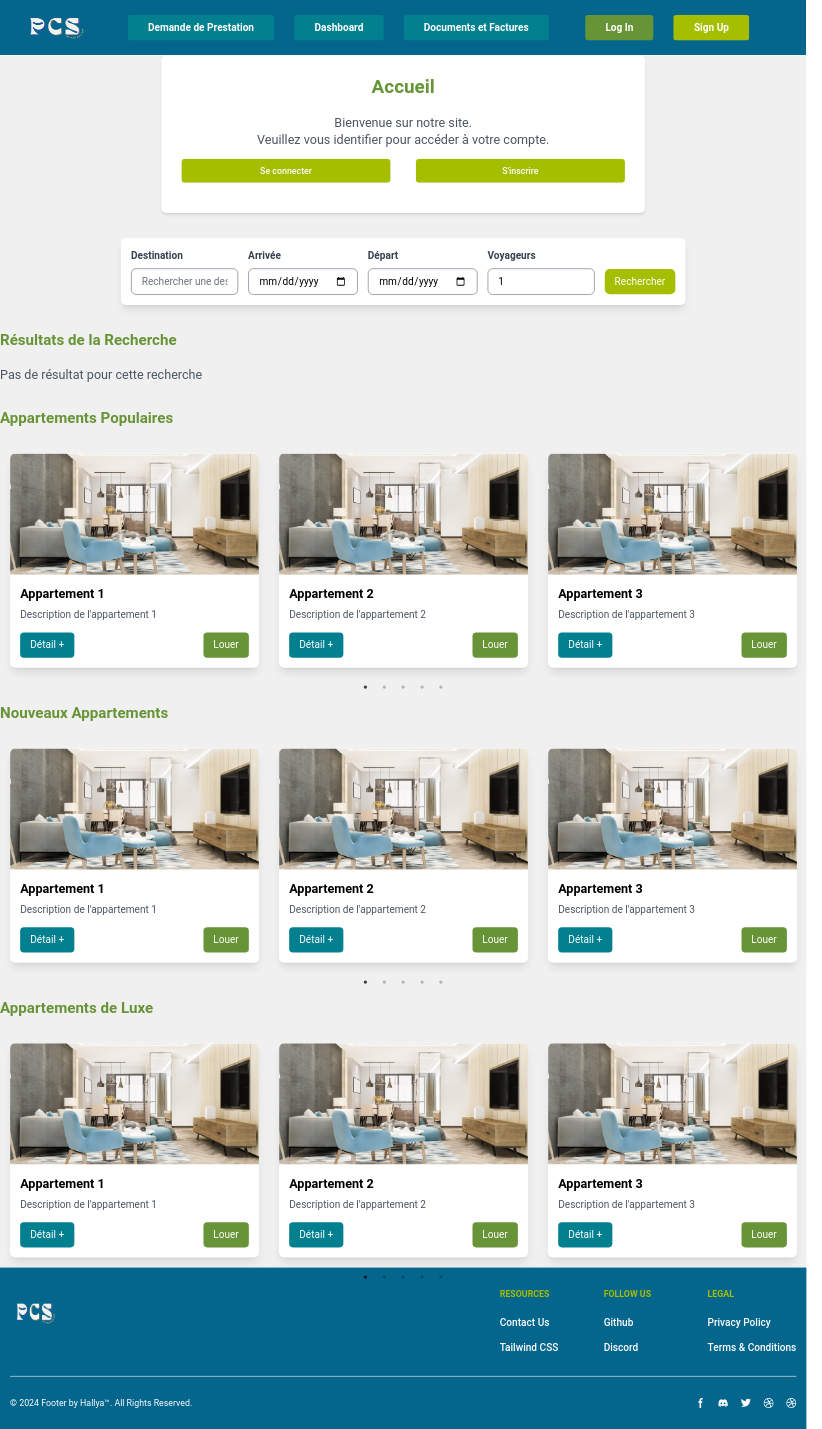
Repository: HATTOUNGBRE/ProjetAnnuel2
Page: /logout (app in FRONT/)
These files come from the project's save history. The page is drawn as it stood at one moment and after the next save; the edit follows.
The browser window is 1280 px wide. The page is 1305 px wide, so the pictures cover 1305 px, including what lies to the right of the window. The pictures show the whole page, at 63% of full size.
The page's requests for data from a server got no answer. The project was rebuilt for these pictures with package versions that can differ from the ones it lists, and the page was loaded fresh each time. No one was signed in, and anything a server would have sent is missing. Also part of the build but not shown: FRONT/vite.config.js, FRONT/src/components/Contact.jsx, FRONT/src/components/CatUser.jsx, FRONT/src/components/Login.jsx, FRONT/src/components/prestataire/PrestataireType.jsx, FRONT/src/components/prestataire/PrestataireDetails.jsx, FRONT/src/components/Account.jsx, FRONT/src/components/Inscription.jsx and 13 more.

Above is the page before, as saved 2024-06-29 14:01:48.

### FRONT/src/main.jsx
import React from 'react'
import ReactDOM from 'react-dom/client'
import App from './App.jsx'
import './App.css'
import { AuthProvider } from './components/AuthContext';
import {
  BrowserRouter,
  Route,
  Link
} from "react-router-dom";

ReactDOM.createRoot(document.getElementById('root')).render(
  <React.StrictMode>
    <AuthProvider>
    <App />
    </AuthProvider>
  </React.StrictMode>,
)

### FRONT/src/App.css
@tailwind base;
@tailwind components;
@tailwind utilities;

html, body {
  height: 100%;
  width: 100%;
  margin: 0;
  padding: 0;
  font-family: 'Roboto', sans-serif;
}


.logo {
  height: 5em;
  width: 7em;
  /* will-change: filter; */
  transition: filter 300ms;
}
.logo:hover {
}
.logo.react:hover {
  filter: drop-shadow(0 0 2em #61dafbaa);
}

@keyframes logo-spin {
  from {
    transform: rotate(0deg);
  }
  to {
    transform: rotate(360deg);
  }
}


.card {
  padding: 2em;
}

.read-the-docs {
  color: #888;
}
footer {
  position: absolute;
  left: 0;
  bottom: 0;
  width: 100%;
}
html, body {
  height: 100%;
  margin: 0;
  padding: 0;

}



footer {
  flex-shrink: 0; /* Empêche le pied de page de rétrécir si le contenu est trop grand */
}

.main-content {
  flex: 1;
  padding: 24px;
  overflow-y: auto;
  display: flex;
  flex-direction: column;
}

### FRONT/src/components/AuthContext.jsx
import React, { createContext, useState, useEffect } from 'react';
import Cookies from 'js-cookie';

const AuthContext = createContext();

export const AuthProvider = ({ children }) => {
  const [isLoggedIn, setIsLoggedIn] = useState(false);
  const [userRole, setUserRole] = useState('');
  const [userId, setUserId] = useState(null);
  const [userName, setUserName] = useState('');
  const [userSurname, setUserSurname] = useState('');
  const [category, setCategoryUserId] = useState(null);

  const fetchUserDetails = async (userId) => {
    try {
      const response = await fetch(`http://localhost:8000/api/user/${userId}`);
      const data = await response.json();

      if (response.ok) {
        setIsLoggedIn(true);
        setUserId(data.id);
        setUserName(data.name);
        setUserSurname(data.surname);
        setCategoryUserId(data.category_user);
        setUserRole(Cookies.get('role')); // Ensure the role is set from the cookie
      } else {
        setIsLoggedIn(false);
        setUserId(null);
        setUserName('');
        setUserSurname('');
        setCategoryUserId(null);
        setUserRole('');
      }
    } catch (error) {
      console.error('Error fetching user details:', error);
    }
  };

  useEffect(() => {
    const token = Cookies.get('authToken');
    const storedUserRole = Cookies.get('role');
    const storedUserId = Cookies.get('userId');

    if (token && storedUserId) {
      setIsLoggedIn(true);
      setUserRole(storedUserRole || '');
      fetchUserDetails(storedUserId); // Fetch user details
    }
  }, []);

  const login = (token, role, userId, userName, userSurname, category) => {
    Cookies.set('authToken', token, { expires: 1 });
    Cookies.set('role', role, { expires: 1 });
    Cookies.set('userId', userId, { expires: 1 });
    Cookies.set('userName', userName, { expires: 1 });
    Cookies.set('userSurname', userSurname, { expires: 1 });
    Cookies.set('category', category, { expires: 1 });

    setIsLoggedIn(true);
    setUserRole(role);
    setUserId(userId);
    setUserName(userName);
    setUserSurname(userSurname);
    setCategoryUserId(category);
  };

  const logout = () => {
    Cookies.remove('authToken');
    Cookies.remove('role');
    Cookies.remove('userId');
    Cookies.remove('userName');
    Cookies.remove('userSurname');
    Cookies.remove('category');

    setIsLoggedIn(false);
    setUserRole('');
    setUserId(null);
    setUserName('');
    setUserSurname('');
    setCategoryUserId(null);
  };

  return (
    <AuthContext.Provider value={{ isLoggedIn, userRole, userId, userName, userSurname, category, login, logout, fetchUserDetails }}>
      {children}
    </AuthContext.Provider>
  );
};

export default AuthContext;

### FRONT/src/components/Header.jsx
import { useState, useEffect } from 'react';
import Nav from './Nav';
import { Link } from "react-router-dom";

function Header(props) {
  const { isLoggedIn, userRole } = props;

  return (
    <div>
      <header className="bg-pcs-200 sticky top-0 z-[20]">
        <nav className="bg-pcs-200 border-gray-200 dark:bg-gray-900 w-full">
          <div className="w-full flex flex-wrap items-center justify-around p-1">
            <Link to="/" className="flex items-center space-x-3 rtl:space-x-reverse">
              <img src="/public/images/fullDay.png" className="h-8 logo" alt="PCSLogo" />
            </Link>
            <Nav isLoggedIn={isLoggedIn} userRole={userRole} />
            <button
              data-collapse-toggle="navbar-default"
              type="button"
              className="inline-flex items-center p-2 w-10 h-10 justify-center text-sm text-gray-500 rounded-lg md:hidden focus:outline-none focus:ring-2 focus:ring-gray-200 dark:text-gray-400 dark:focus:ring-gray-600"
              aria-controls="navbar-default"
              aria-expanded="false"
            >
              <span className="sr-only">Open main menu</span>
              <svg
                className="w-5 h-5"
                aria-hidden="true"
                xmlns="http://www.w3.org/2000/svg"
                fill="none"
                viewBox="0 0 17 14"
              >
                <path
                  stroke="currentColor"
                  strokeLinecap="round"
                  strokeLinejoin="round"
                  strokeWidth="2"
                  d="M1 1h15M1 7h15M1 13h15"
                />
              </svg>
            </button>
            <div className="hidden w-full md:block md:w-auto" id="navbar-default"></div>
          </div>
        </nav>
      </header>
    </div>
  );
}

export default Header;

### FRONT/src/components/Main.jsx
import React, { useState, useContext, useEffect } from 'react';
import AuthContext from './AuthContext';
import { Link } from 'react-router-dom';
import PropertySliderSection from './PropertySliderSection';
import SearchResults from './SearchResults';
import 'slick-carousel/slick/slick.css';
import 'slick-carousel/slick/slick-theme.css';

function Main() {
  const { isLoggedIn, userRole } = useContext(AuthContext);

  const [searchTerm, setSearchTerm] = useState('');
  const [cities, setCities] = useState([]);
  const [arrivalDate, setArrivalDate] = useState('');
  const [departureDate, setDepartureDate] = useState('');
  const [guests, setGuests] = useState(1);
  const [properties, setProperties] = useState([]);

  useEffect(() => {
    if (searchTerm.length >= 2) {
      searchCities(searchTerm);
    } else {
      setCities([]);
    }
  }, [searchTerm]);

  const searchCities = async (term) => {
    try {
      const response = await fetch(`https://geo.api.gouv.fr/communes?nom=${term}&fields=departement&boost=population&limit=5`);
      const data = await response.json();
      setCities(data);
    } catch (error) {
      console.error('Error fetching cities:', error);
    }
  };

  const handleSearch = async (e) => {
    e.preventDefault();
    try {
      const response = await fetch(
        `http://localhost:8000/api/search-properties?commune=${searchTerm}&maxPersons=${guests}`
      );
      const data = await response.json();
      setProperties(data);
      setCities([]);  // Effacer les suggestions après la sélection
    } catch (error) {
      console.error('Error fetching properties:', error);
    }
  };

  const sliderSettings = {
    dots: true,
    infinite: true,
    speed: 500,
    slidesToShow: 3,
    slidesToScroll: 1,
    responsive: [
      {
        breakpoint: 1024,
        settings: {
          slidesToShow: 2,
          slidesToScroll: 1,
          infinite: true,
          dots: true
        }
      },
      {
        breakpoint: 600,
        settings: {
          slidesToShow: 1,
          slidesToScroll: 1
        }
      }
    ]
  };

  return (
    <div className="min-h-screen bg-pcs-100 flex flex-col items-center justify-center">
      <div className="max-w-3xl w-full p-8 bg-white shadow-md rounded-lg text-center">
        <h1 className="text-3xl font-semibold text-pcs-400 mb-6">Accueil</h1>
        {isLoggedIn ? (
          <p className="text-xl text-pcs-300">
            Vous êtes connecté.e en tant que <span className="font-bold">{userRole}</span>
          </p>
        ) : (
          <div>
            <p className="text-xl text-gray-600">Bienvenue sur notre site.</p>
            <p className="text-xl text-gray-600">Veuillez vous identifier pour accéder à votre compte.</p>
            <div className='flex justify-center mt-4 space-x-10'>
              <button className='w-full px-4 mb-4 py-2 text-sm font-medium text-white bg-pcs-300 border border-transparent rounded-md shadow-sm hover:bg-pcs-400'>
                <Link to="/components/catUser">Se connecter</Link>
              </button>
              <button className='w-full px-4 mb-4 py-2 text-sm font-medium text-white bg-pcs-300 border border-transparent rounded-md shadow-sm hover:bg-pcs-400'>
                <Link to="/components/inscription">S'inscrire</Link>
              </button>
            </div>
          </div>
        )}
      </div>

      {/* Barre de recherche */}
      {!isLoggedIn || userRole === 'voyageur' ? (
        <div className="mt-10 w-full max-w-4xl bg-white shadow-lg rounded-lg p-4">
          <form onSubmit={handleSearch} className="flex items-center space-x-4">
            <div className="relative w-1/4">
              <label className="block text-gray-700 font-bold mb-2">Destination</label>
              <input
                type="text"
                className="w-full px-4 py-2 border rounded-lg focus:outline-none focus:ring-2 focus:ring-blue-500"
                placeholder="Rechercher une destination"
                value={searchTerm}
                onChange={(e) => setSearchTerm(e.target.value)}
              />
              {cities.length > 0 && (
                <ul className="absolute left-0 mt-2 w-full bg-white border rounded-lg z-10 max-h-48 overflow-y-auto">
                  {cities.map((city) => (
                    <li key={city.code} className="px-4 py-2 border-b last:border-b-0 cursor-pointer hover:bg-gray-200" onClick={() => { setSearchTerm(city.nom); setCities([]); }}>
                      {city.nom} ({city.departement.nom})
                    </li>
                  ))}
                </ul>
              )}
            </div>
            <div className="w-1/4">
              <label className="block text-gray-700 font-bold mb-2">Arrivée</label>
              <input
                type="date"
                className="w-full px-4 py-2 border rounded-lg focus:outline-none focus:ring-2 focus:ring-blue-500"
                value={arrivalDate}
                onChange={(e) => setArrivalDate(e.target.value)}
              />
            </div>
            <div className="w-1/4">
              <label className="block text-gray-700 font-bold mb-2">Départ</label>
              <input
                type="date"
                className="w-full px-4 py-2 border rounded-lg focus:outline-none focus:ring-2 focus:ring-blue-500"
                value={departureDate}
                onChange={(e) => setDepartureDate(e.target.value)}
              />
            </div>
            <div className="w-1/4">
              <label className="block text-gray-700 font-bold mb-2">Voyageurs</label>
              <input
                type="number"
                min="1"
                className="w-full px-4 py-2 border rounded-lg focus:outline-none focus:ring-2 focus:ring-blue-500"
                value={guests}
                onChange={(e) => setGuests(e.target.value)}
              />
            </div>
            <button
              type="submit"
              className="bg-pcs-300 mt-8 text-white py-2 px-4 rounded-lg hover:bg-pcs-400 focus:outline-none focus:ring-2 focus:ring-blue-500"
            >
              Rechercher
            </button>
          </form>
        </div>
      ) : null}

      {/* Résultats de la recherche */}
      <SearchResults properties={properties} />

      {/* Sections de propriétés fictives */}
      <PropertySliderSection title="Appartements Populaires" sliderSettings={sliderSettings} />
      <PropertySliderSection title="Nouveaux Appartements" sliderSettings={sliderSettings} />
      <PropertySliderSection title="Appartements de Luxe" sliderSettings={sliderSettings} />
    </div>
  );
}

export default Main;

### FRONT/src/components/Nav.jsx
import { Link } from "react-router-dom";

function Nav(props) {
    const { isLoggedIn, userRole } = props;

    console.log('isLoggedIn page NAV:', isLoggedIn);
    return (
        <>
            <div className='flex space-x-8'>
                <Link to={`/${userRole}/Reservation`}>
                    <button className="bg-pcs-250 hover:bg-pcs-300 text-white font-bold py-2 px-8 rounded">
                        Demande de Prestation
                    </button>
                </Link>

                <Link to={`/components/dashboard/${userRole}`}>
                    <button className="bg-pcs-250 hover:bg-pcs-300 text-white font-bold py-2 px-8 rounded">
                        Dashboard
                    </button>
                </Link>

                <Link to={`/${userRole}/Prestation`}>
                    <button className="bg-pcs-250 hover:bg-pcs-300 text-white font-bold py-2 px-8 rounded">
                        Documents et Factures
                    </button>
                </Link>
            </div>
            {isLoggedIn ? (
                <div className='flex space-x-8'>
                    <Link to='/account'>
                        <button className="bg-pcs-400 hover:bg-pcs-700 text-white font-bold py-2 px-8 rounded">
                            Account
                        </button>
                    </Link>
                    <Link to='/logout'>
                        <button className="bg-pcs-300 hover:bg-pcs-600 text-white font-bold py-2 px-8 rounded">
                            Log out
                        </button>
                    </Link>

                </div>
            ) : (
                <div className='flex space-x-8'>
                    <Link to='/components/catuser'>
                        <button className="bg-pcs-400 hover:bg-pcs-700 text-white font-bold py-2 px-8 rounded">
                            Log In
                        </button>
                    </Link>

                    <Link to='/components/Inscription'>
                        <button className="bg-pcs-300 hover:bg-pcs-600 text-white font-bold py-2 px-8 rounded">
                            Sign Up
                        </button>
                    </Link>
                </div>
            )}
        </>
    );
};

export default Nav;

### FRONT/src/components/LogOut.jsx
import React, { useContext, useEffect } from 'react';
import { useNavigate } from 'react-router-dom';
import AuthContext from './AuthContext';

const LogOut = () => {
  const { logout } = useContext(AuthContext);
  const navigate = useNavigate();

  useEffect(() => {
    logout();
    navigate('/');
  }, [logout, navigate]);

  return null;
};

export default LogOut;

### FRONT/src/components/PropertySliderSection.jsx
import React from 'react';
import Slider from 'react-slick';

const PropertySliderSection = ({ title, sliderSettings }) => {
  return (
    <div className="mt-10 w-full">
      <h2 className="text-2xl font-semibold text-pcs-400 mb-6">{title}</h2>
      <Slider {...sliderSettings}>
        {[1, 2, 3, 4, 5].map(item => (
          <div key={item} className="p-4">
            <div className="bg-white shadow-lg rounded-lg overflow-hidden">
              <img src="http://localhost:8000/uploads/property_photos/default_appart.jpg" alt={`Appartement ${item}`} className="h-48 w-full object-cover" />
              <div className="p-4">
                <h3 className="text-xl font-semibold mb-2">Appartement {item}</h3>
                <p className="text-gray-600 mb-4">Description de l'appartement {item}</p>
                <div className="flex justify-between">
                  <button className="bg-pcs-250 hover:bg-pcs-200 text-white py-2 px-4 rounded-md">Détail +</button>
                  <button className="bg-pcs-400 text-white py-2 px-4 rounded-md">Louer</button>
                </div>
              </div>
            </div>
          </div>
        ))}
      </Slider>
    </div>
  );
};

export default PropertySliderSection;

### FRONT/src/components/SearchResults.jsx
import React from 'react';

const SearchResults = ({ properties }) => {
  return (
    <div className="mt-10 w-full">
      <h2 className="text-2xl font-semibold text-pcs-400 mb-6">Résultats de la Recherche</h2>
      {properties.length > 0 ? (
        <div className="grid grid-cols-1 md:grid-cols-2 lg:grid-cols-3 gap-4">
          {properties.map(property => (
            <div key={property.id} className="p-4">
              <div className="bg-white shadow-lg rounded-lg overflow-hidden">
                <img src={`http://localhost:8000/uploads/property_photos/${property.image}`} alt={property.name} className="h-48 w-full object-cover" />
                <div className="p-4">
                  <h3 className="text-xl font-semibold mb-2">{property.name}</h3>
                  <p className="text-gray-600 mb-4">{property.description}</p>
                  <div className="flex justify-between">
                    <button className="bg-pcs-250 hover:bg-pcs-200 text-white py-2 px-4 rounded-md">Détail +</button>
                    <button className="bg-pcs-400 text-white py-2 px-4 rounded-md">Louer</button>
                  </div>
                </div>
              </div>
            </div>
          ))}
        </div>
      ) : (
        <div className="text-xl text-gray-600">Pas de résultat pour cette recherche</div>
      )}
    </div>
  );
};

export default SearchResults;

### FRONT/src/components/PropertyRow.jsx
import React from 'react';
import Slider from 'react-slick';

const PropertyRow = ({ properties = [], sliderSettings }) => {
  return (
    <div className="mt-10 w-full">
      <Slider {...sliderSettings}>
        {properties.map(property => (
          <div key={property.id} className="p-4">
            <div className="bg-white shadow-lg rounded-lg overflow-hidden">
              <img src={`http://localhost:8000/uploads/property_photos/${property.image}`} alt={property.name} className="h-48 w-full object-cover" />
              <div className="p-4">
                <h3 className="text-xl font-semibold mb-2">{property.name}</h3>
                <p className="text-gray-600 mb-4">{property.description}</p>
                <p className="text-gray-600 mb-4">{property.commune}</p>
                <div className="flex justify-between">
                  <button className="bg-pcs-250 hover:bg-pcs-200 text-white py-2 px-4 rounded-md">Détail +</button>
                  <button className="bg-pcs-400 text-white py-2 px-4 rounded-md">Louer</button>
                </div>
              </div>
            </div>
          </div>
        ))}
      </Slider>
    </div>
  );
};

export default PropertyRow;

Loaded but not shown: FRONT/index.html (common file); FRONT/tailwind.config.js (26 lines, source omitted); FRONT/src/components/Footer.jsx (91 lines, source omitted); FRONT/src/App.jsx (95 lines, source omitted)

After the next save:
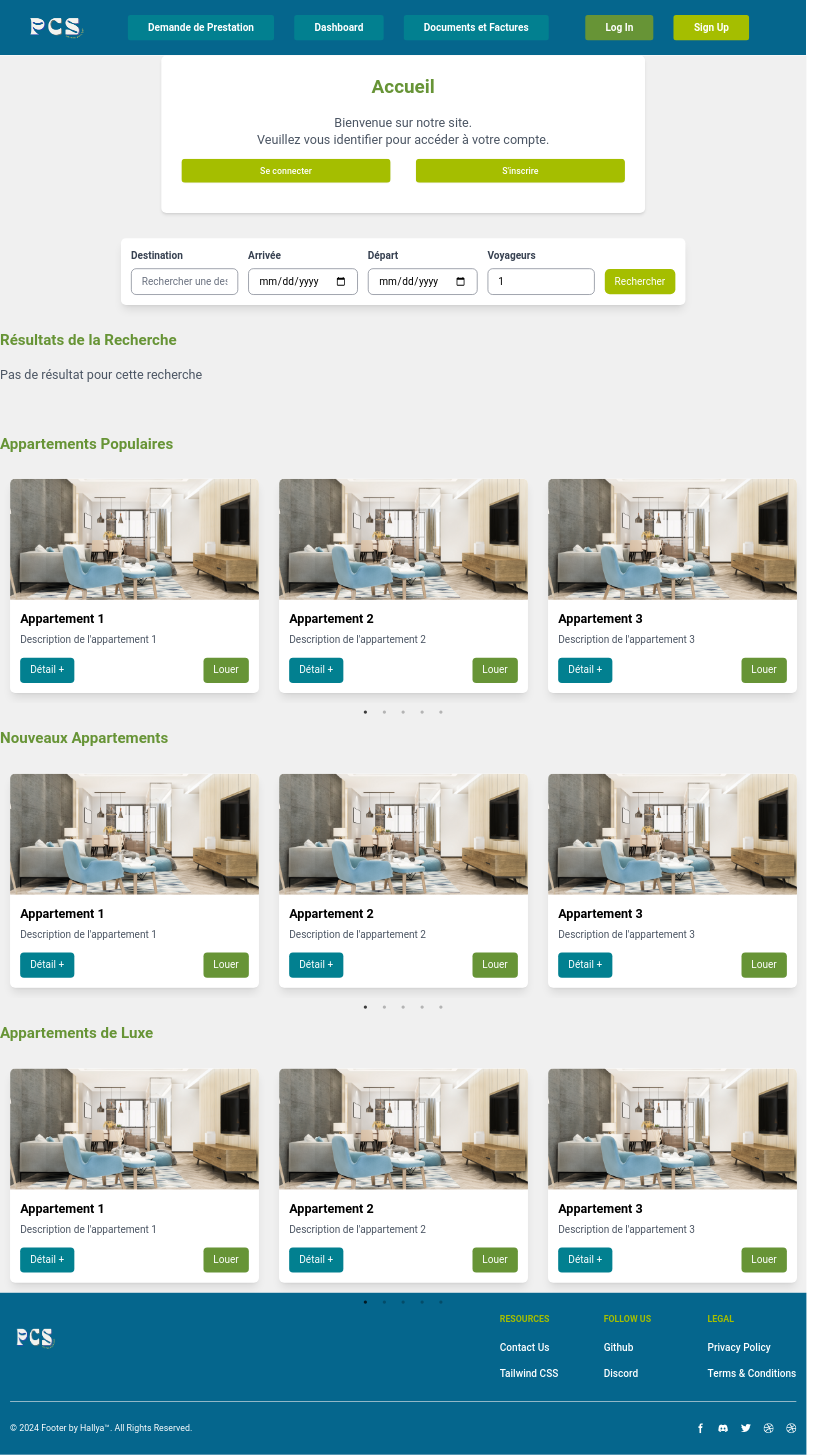
Saved 90 s later.
--- a/FRONT/src/components/Main.jsx
+++ b/FRONT/src/components/Main.jsx
@@ -3,6 +3,7 @@ import AuthContext from './AuthContext';
 import { Link } from 'react-router-dom';
 import PropertySliderSection from './PropertySliderSection';
 import SearchResults from './SearchResults';
+import PropertyRow from './PropertyRow';
 import 'slick-carousel/slick/slick.css';
 import 'slick-carousel/slick/slick-theme.css';
 
@@ -15,6 +16,7 @@ function Main() {
   const [departureDate, setDepartureDate] = useState('');
   const [guests, setGuests] = useState(1);
   const [properties, setProperties] = useState([]);
+  const [allProperties, setAllProperties] = useState([]);
 
   useEffect(() => {
     if (searchTerm.length >= 2) {
@@ -23,6 +25,10 @@ function Main() {
       setCities([]);
     }
   }, [searchTerm]);
+
+  useEffect(() => {
+    fetchAllProperties();
+  }, []);
 
   const searchCities = async (term) => {
     try {
@@ -45,6 +51,16 @@ function Main() {
       setCities([]);  // Effacer les suggestions après la sélection
     } catch (error) {
       console.error('Error fetching properties:', error);
+    }
+  };
+
+  const fetchAllProperties = async () => {
+    try {
+      const response = await fetch(`http://localhost:8000/api/properties`);
+      const data = await response.json();
+      setAllProperties(data);
+    } catch (error) {
+      console.error('Error fetching all properties:', error);
     }
   };
 
@@ -162,6 +178,9 @@ function Main() {
       {/* Résultats de la recherche */}
       <SearchResults properties={properties} />
 
+      {/* Toutes les propriétés */}
+      <PropertyRow title="Toutes les Propriétés" properties={allProperties} sliderSettings={sliderSettings} />
+
       {/* Sections de propriétés fictives */}
       <PropertySliderSection title="Appartements Populaires" sliderSettings={sliderSettings} />
       <PropertySliderSection title="Nouveaux Appartements" sliderSettings={sliderSettings} />
